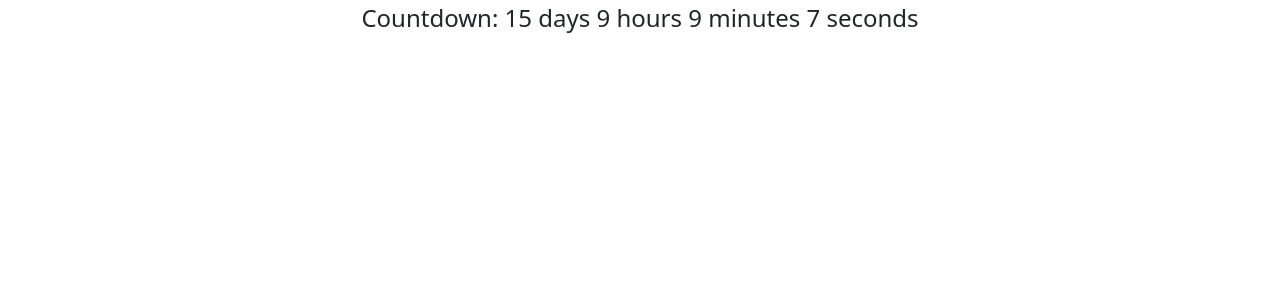
Repository: sinarinzifabrice/Events
Page: index.html
The author's editor kept a copy of each file at every save. The page is drawn from the files as they stood at one save, then again after the next save.
The browser window is 1280 px wide. The pictures show the whole page.

Above is the page before, as saved 2024-05-16 09:05:50.

After the next save:
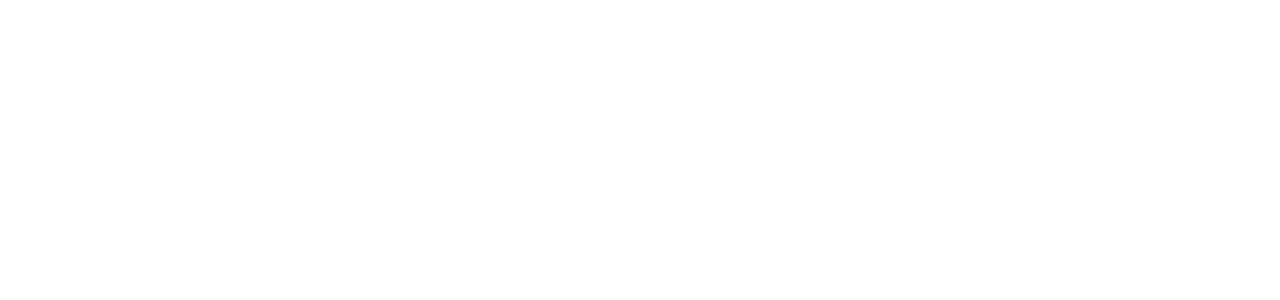
Console error: SyntaxError: Unexpected token 'class'
Saved 41 s later.
--- a/index.html
+++ b/index.html
@@ -43,7 +43,7 @@
 
     // Display the countdown
     document.getElementById("countdown").innerHTML = "Countdown: " + days + " days " + hours + " hours "
-    + minutes + " minutes " + seconds + " seconds ";
+    + minutes + " minutes " + seconds <span class='red'> + " seconds ";
 
     // If the countdown is over, display a message
     if (distance < 0) {

After the 3 saves that followed:
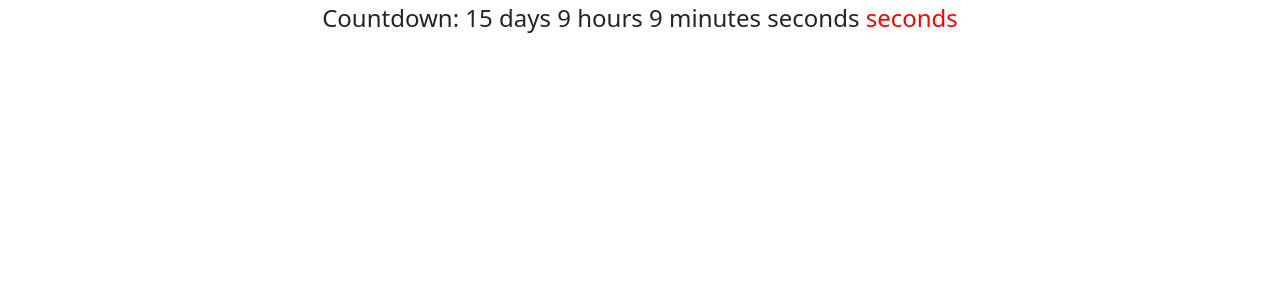
The error is gone.
The 3 saves are shown as one change because they came seconds apart.
The last was saved 11 s later.
--- a/index.html
+++ b/index.html
@@ -43,7 +43,7 @@
 
     // Display the countdown
     document.getElementById("countdown").innerHTML = "Countdown: " + days + " days " + hours + " hours "
-    + minutes + " minutes " + seconds <span class='red'> + " seconds ";
+    + minutes + " minutes " + "seconds <span class='red'>" + " seconds ";
 
     // If the countdown is over, display a message
     if (distance < 0) {
